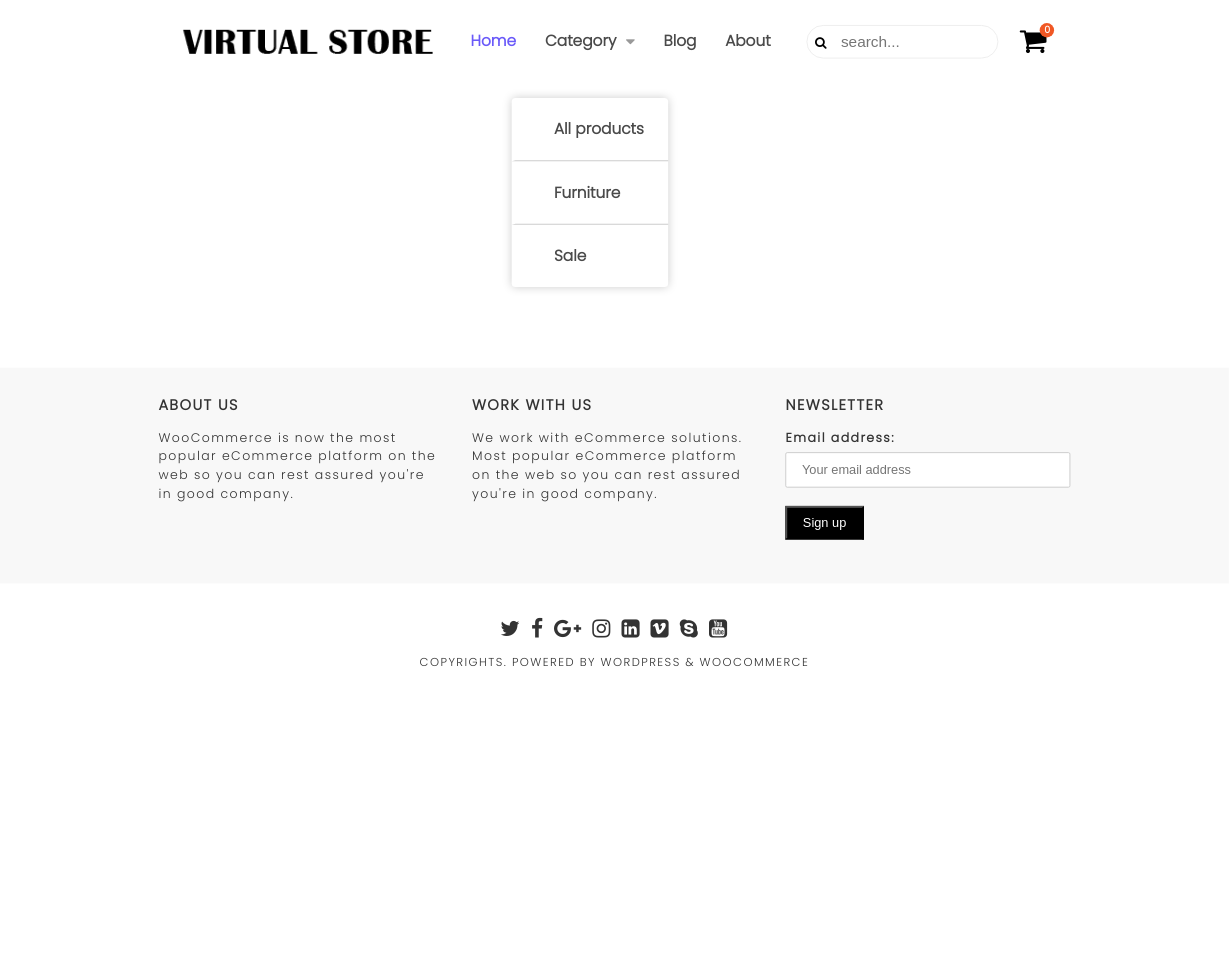
Repository: dungle03/tke_web_nhom_15
Page: index.html
These files come from the project's save history. The page is drawn as it stood at one moment and after the next save; the edit follows.
The browser window is 1280 px wide. The pictures show the whole page, at 96% of full size.

Above is the page before, as saved 2022-09-14 00:19:45.
Not found: resest.css

### index.html
<!DOCTYPE html>
<html lang="en">
<head>
    <meta charset="UTF-8">
    <meta http-equiv="X-UA-Compatible" content="IE=edge">
    <meta name="viewport" content="width=device-width, initial-scale=1.0">
    <title>Home</title>
    <link
    rel="stylesheet"
    href="https://cdnjs.cloudflare.com/ajax/libs/font-awesome/4.7.0/css/font-awesome.min.css"
    integrity="sha512-SfTiTlX6kk+qitfevl/7LibUOeJWlt9rbyDn92a1DqWOw9vWG2MFoays0sgObmWazO5BQPiFucnnEAjpAB+/Sw=="
    crossorigin="anonymous"
  />
  <link href="https://fonts.googleapis.com/css2?family=Poppins:wght@300&display=swap" rel="stylesheet">
    <link rel="stylesheet" href="./resest.css">
    <link rel="stylesheet" href="./CSS/header.css">
    <link rel="stylesheet"  href="./CSS/footer.css">
</head>
<body>
    <div class="main-header">
        <div class="header" id="head">
            <div class="logo">
                <a href="#head">
                    <img src="./IMG/IMG_LOGO/logo.png" alt="img">
                </a>
            </div>
            <ul class="navi">
                <li class="item active"><a href="#" class="home">Home</a>
                </li>
                <li class="item category-more"><a href="#" class="category">Category</a>
                    <i class="fa fa-caret-down dropdow_caret"></i>
                    <div class="dropdow">
                        <ul class="dropdow-list">
                            <li  class="dropdow-item"><a class="dropdow-effect" href="#"><span>
                                All products
                            </span></a></li>
                            <li class="dropdow-item"><a  class="dropdow-effect"href="#"><span>
                                Furniture
                            </span></a></li>
                            <li class="dropdow-item"><a class="dropdow-effect" href="#"><span>
                                Sale
                            </span></a></li>
                        </ul>
                    </div>
                </li>
                <li class="item"><a href="#" class="blog">Blog</a>
                </li>
                <li class="item"><a href="#" class="about">About</a>
                </li>
            </ul>
            <div class="wrap-search">
                <i class="fa fa-search icon-search"></i>
                <input type="text" class="input-search" placeholder="search...">
            </div>
            <div class="wrap-incon-cart">
                <i class="fa fa-shopping-cart icon-cart"></i>
            </div>
        </div>
    </div>
    <!-- /////////////////////////////////////// -->
        <div class="footer">
            <div class="main-foot">
                <div class="container">
                    <div class="foot-col">
                        <h3 class="footer-title">ABOUT US</h3>
                        <div class="textwidget">WooCommerce is now the most popular eCommerce platform on the web so you can rest assured you're in good company.</div>
                    </div>
                    <div class="foot-col">
                        <h3 class="footer-title">WORK WITH US</h3>
                        <div class="textwidget">We work with eCommerce solutions. Most popular eCommerce platform on the web so you can rest assured you're in good company.</div>
                    </div>
                    <div class="foot-col">
                        <h3 class="footer-title">NEWSLETTER</h3>
                        <form class="newsletter">
                            <p>
                                <label for="EMAIL" class="label-email">Email address:</label>
                                <input type="email" class="input-email" name="EMAIL" placeholder="Your email address" required="">
                            </p>
                            <p>
                                <input type="submit" class="btn-submit" value="Sign up">
                            </p>
                        </form>
                    </div>
                </div>
            </div>
            <div class="bottom-foot">
                <div class="container">
                    <div class="foot-socials">
                        <ul>
                            <li><a href=""></a><i class="fa fa-twitter"></i></li>
                            <li><a href=""></a><i class="fa fa-facebook"></i></li>
                            <li><a href=""></a><i class="fa fa-google-plus"></i></li>
                            <li><a href=""></a><i class="fa fa-instagram"></i></li>
                            <li><a href=""></a><i class="fa fa-linkedin-square"></i></li>
                            <li><a href=""></a><i class="fa fa-vimeo-square"></i></li>
                            <li><a href=""></a><i class="fa fa-skype"></i></li>
                            <li><a href=""></a><i class="fa fa-youtube-square"></i></li>
                        </ul>
                        <p class="credits">Copyrights. Powered by WordPress & WooCommerce</p>
                    </div>
                </div>
            </div>
        </div>
    </body>
    </html>

### CSS/header.css
html {
    font-family: "Poppins", sans-serif;
    box-sizing: border-box;
    font-size: 62.5%;
    color: black;
  }
  * {
    margin: 0;
    padding: 0;
  }
  *,
  *:before,
  *:after {
    box-sizing: border-box;
  }
  input,
  textarea,
  select,
  button {
    outline: none;
  }
  input {
    line-height: normal;
  }
  label,
  button {
    cursor: pointer;
  }
  a {
    text-decoration: none;
  }
  img {
    display: block;
    max-width: 100%;
  }
  body{
    height: 1000px;
    /* background-color: black; */

  }
/* /////////// HEADER  /////////// */
.main-header{
  width: 100%;
  position: fixed;
  top: 0;
  left: 0;
  background-color: white;
  z-index: 100;
}
.header{
    width: 100%;
    padding:0 190px ;
    display: flex;
    align-items: center;
    justify-content: space-between;
}
  .logo{

}
.navi{
    display: flex;
    width: max-content;
}
.navi  a{
  color: #4a4a4a;;
}
.navi .item{
  list-style-type: none;
    /* width: max-content; */
    white-space: nowrap;
    padding:  30px 15px;
    cursor: pointer;
    color: #999;
    font-weight: 600;
    flex: 1;
    display: flex;
    align-items: center;
    justify-content: center;
    border-radius: inherit;
    border-bottom: 2px solid white;
}

.wrap-search{
  position: relative;
}
.icon-search{
  position: absolute;
  top: 50%;
  left: 15px;
  transform: translate(-50%,-50%);
  font-size: 13px;
}
.input-search{
  width: 200px;
  height: 35px;
  padding-left: 35px;
  border-radius: 20px;
  border: 1px solid #eee;
  font-size: 16px;
}
.wrap-incon-cart{
  width: max-content;
  position: relative;
}
.icon-cart{
  font-size: 30px;
}
.wrap-incon-cart::before{
  content: "0";
  display: flex;
  justify-content: center;
  align-items: center;
  position: absolute;
  font-weight:600 ;
  color: white;
  font-size: 10px;
  width: 15px;
  height: 15px;
  border-radius: 15px;
  background-color: #f05724;
  z-index: 100;
  top: -10%;
  right: -30%;
}
.navi .item.active a{
  color: #6a5af9;
}

.navi .item:not(:nth-child(2)):hover{
    color: #6a5af9;
  border-bottom-color: currentColor;
}

.category-more{
  position: relative;
}

.dropdow{
  position: absolute;
  top: 120%;
  background-color: white;
  border-radius: 4px;
  box-shadow: 0 0 10px #ccc;
}

.dropdow-list{
}

.dropdow_caret{
  margin-left: 10px;
}
.dropdow-item{
  padding: 20px 25px 20px 40px;
  transition: all 0.2s linear;
  border-left: 4px solid transparent;
}
.dropdow-item:not(:last-child){
  border-bottom: 1px solid #ccc;
}
.dropdow-item:hover{
  border-left-color: #6a5af9;
}
.dropdow-item:hover span{
  color: #6a5af9;

}


/* FORTER */
.footer{
  position: absolute  ;
  bottom: 0px;
  /* margin-bottom: auto; */
}
.main-foot{
  background-color:
#f8f8f8;
background-position:
0px 0px;
color:#333333;
font-size:13px;
letter-spacing:1.5px;
line-height:19.6px;
padding:15px 0px 28px 0px;
}

.main-foot .container{
  display: flex;
  padding: 0 150px;
}

.main-foot .container .foot-col{
  display: inline-block;
  width: calc(100% / 3);
  padding:
0px 15px;
}


.main-foot .container .foot-col:first-child, .foot-col:nth-child(2){
  color:
#333333;
letter-spacing:
1.5px;
line-height:
19.6px;
padding:
0px 15px;
}
.footer-title{
  margin: 14px 0;
}

.newsletter{
  color:
#333333;
font-size:
13px;
letter-spacing:
1.5px;
line-height:
19.6px;
}
.label-email{
  font-weight: 700;
  margin-bottom: 6px;
  display: block;
}
.input-email{
  width: 100%;
  background-color:
#ffffff;
background-position:
0px 0px;
border-color:
#cccccc;
border-radius:
2px;
border-style:
solid;
border-width:
1px;
color:
#555555;
font-family:
Arial;
font-size:
13.3333px;
line-height:
19.0476px;
margin:
0px 0px 5px;
padding:
8px 16px;
}
.btn-submit{
  margin: 14px 0px 18px 0px;
  display: inline-block;
  padding: 8px 16px;
  background-color: black;
  color: white;
}

/* /////// */
.bottom-foot{
  background-color:
#ffffff;
background-position:
0px 0px;
color:
#333333;
font-size:
14px;
letter-spacing:
1.5px;
line-height:
19.6px;
padding:
20px 0px;
text-align:
center;
text-transform:
uppercase;
}
li{

  list-style-type: none;
}
.bottom-foot .container{
  margin: 0 auto;
    width: 1180px;
}
.foot-socials ul{
  display: flex;
  width: max-content;
  margin: 15px auto;
}
.foot-socials ul li {
  font-size: 22px;
  margin: 0 5px;
}
.credits{
  font-size: 12px;
}

### CSS/footer.css
html {
    font-family: "Poppins", sans-serif;
    box-sizing: border-box;
    font-size: 16px;

  }
  * {
    margin: 0;
    padding: 0;
  }
  *,
  *:before,
  *:after {
    box-sizing: border-box;
  }
  input,
  textarea,
  select,
  button {
    outline: none;
  }
  input {
    line-height: normal;
  }
  label,
  button {
    cursor: pointer;
  }
  a {
    text-decoration: none;
  }
  img {
    display: block;
    max-width: 100%;
  }

After the next save:
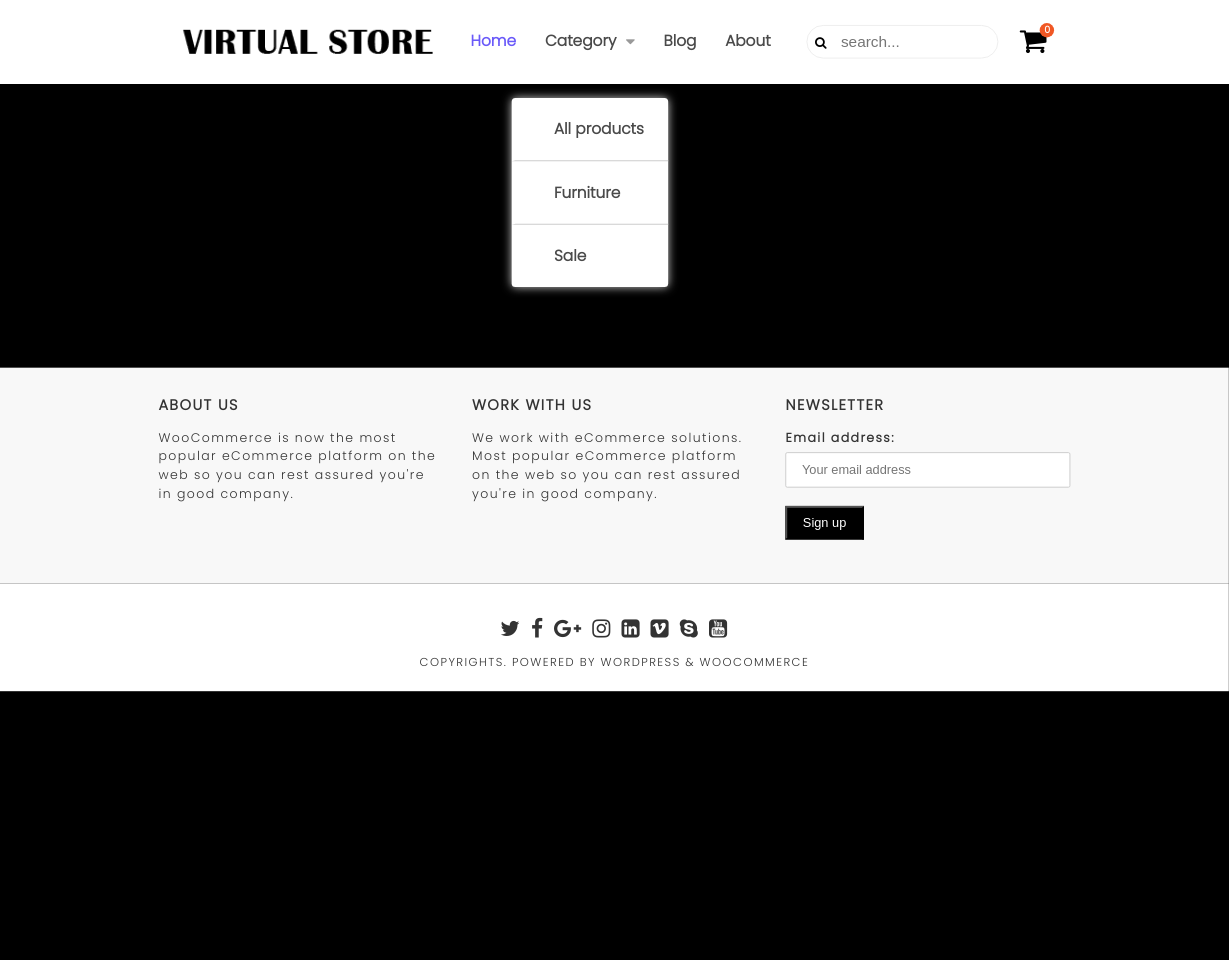
Saved 6 s later.
--- a/CSS/header.css
+++ b/CSS/header.css
@@ -35,7 +35,7 @@ html {
   }
   body{
     height: 1000px;
-    /* background-color: black; */
+    background-color: black;
 
   }
 /* /////////// HEADER  /////////// */
